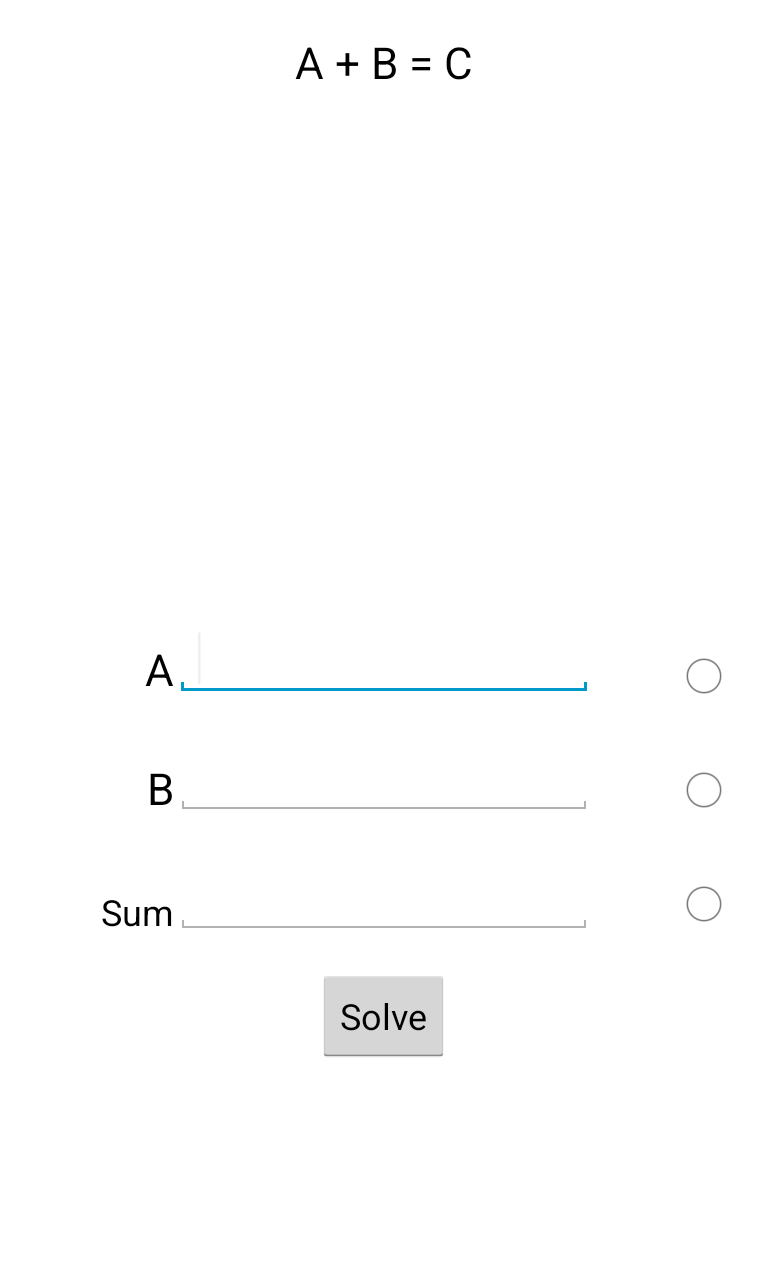
Repository: dtri123/Equation-Station
Layout: TheEquationStation/res/layout/addition_page.xml
These files come from the project's save history. The layout is drawn as it stood at one moment and after the next save; the edit follows.
It is drawn on a 768 x 1280 px phone screen (xhdpi) without system bars, with theme AppTheme; the app's code is not run.

Above is the layout before, as saved 2013-07-18 17:31:30.

### TheEquationStation/res/layout/addition_page.xml
<?xml version="1.0" encoding="utf-8"?>
<RelativeLayout xmlns:android="http://schemas.android.com/apk/res/android"
    xmlns:tools="http://schemas.android.com/tools"
    android:layout_width="match_parent"
    android:layout_height="match_parent"
    android:paddingBottom="@dimen/activity_vertical_margin"
    android:paddingLeft="@dimen/activity_horizontal_margin"
    android:paddingRight="@dimen/activity_horizontal_margin"
    android:paddingTop="@dimen/activity_vertical_margin"
    tools:context=".Addition_Page" >

     <Button
        android:id="@+id/add_button"
        android:layout_width="wrap_content"
        android:layout_height="wrap_content"
        android:layout_alignParentBottom="true"
        android:layout_centerHorizontal="true"
        android:layout_marginBottom="92dp"
        android:text="Solve" />

    <TextView
        android:id="@+id/textView1"
        android:layout_width="wrap_content"
        android:layout_height="wrap_content"
        android:layout_centerHorizontal="true"
        android:text="A + B = C"
        android:textAppearance="?android:attr/textAppearanceLarge" />

    <EditText
        android:id="@+id/editText_AddSum"
        android:layout_width="wrap_content"
        android:layout_height="wrap_content"
        android:layout_above="@+id/add_button"
        android:layout_marginBottom="16dp"
        android:layout_centerHorizontal="true"
        android:ems="10"
        android:inputType="numberDecimal" />

    <EditText
        android:id="@+id/editText_AddB"
        android:layout_width="wrap_content"
        android:layout_height="wrap_content"
        android:layout_above="@+id/editText_AddSum"
        android:layout_centerHorizontal="true"
        android:layout_marginBottom="20dp"
        android:ems="10"
        android:inputType="numberDecimal" />

    <TextView
        android:id="@+id/textView4"
        android:layout_width="wrap_content"
        android:layout_height="wrap_content"
        android:layout_alignBottom="@+id/editText_AddB"
        android:layout_toLeftOf="@+id/editText_AddB"
        android:text="B"
        android:textAppearance="?android:attr/textAppearanceLarge" />

    <TextView
        android:id="@+id/textView3"
        android:layout_width="wrap_content"
        android:layout_height="wrap_content"
        android:layout_alignBottom="@+id/editText_AddA"
        android:layout_toLeftOf="@+id/editText_AddA"
        android:text="A"
        android:textAppearance="?android:attr/textAppearanceLarge" />

    <TextView
        android:id="@+id/TextView01"
        android:layout_width="wrap_content"
        android:layout_height="wrap_content"
        android:layout_alignBottom="@+id/editText_AddSum"
        android:layout_toLeftOf="@+id/editText_AddSum"
        android:text="Sum"
        android:textAppearance="?android:attr/textAppearanceMedium" />

    <EditText
        android:id="@+id/editText_AddA"
        android:layout_width="wrap_content"
        android:layout_height="wrap_content"
        android:layout_above="@+id/editText_AddB"
		android:layout_centerHorizontal="true"
        android:layout_marginBottom="20dp"
        android:ems="10"
        android:inputType="numberDecimal" >

        <requestFocus />
    </EditText>

    <RadioGroup
        android:id="@+id/group1"
        android:layout_width="wrap_content"
        android:layout_height="wrap_content"
        android:layout_alignBottom="@+id/editText_AddSum"
        android:layout_alignParentRight="true"
        android:orientation="vertical" >

        <RadioButton
            android:id="@+id/radioButtonAddA"
            android:layout_width="wrap_content"
            android:layout_height="wrap_content" />

        <RadioButton
            android:id="@+id/radioButtonAddB"
            android:layout_width="wrap_content"
            android:layout_height="wrap_content"
            android:layout_marginTop="25dp" />

        <RadioButton
            android:id="@+id/radioButtonSum"
            android:layout_width="wrap_content"
            android:layout_height="wrap_content"
            android:layout_marginTop="25dp" />
    </RadioGroup>

</RelativeLayout>

Loaded but not shown: TheEquationStation/res/values/styles.xml (common file); TheEquationStation/res/values-v11/styles.xml (common file); TheEquationStation/res/values-v14/styles.xml (common file); TheEquationStation/res/values/dimens.xml (common file)

After the next save:
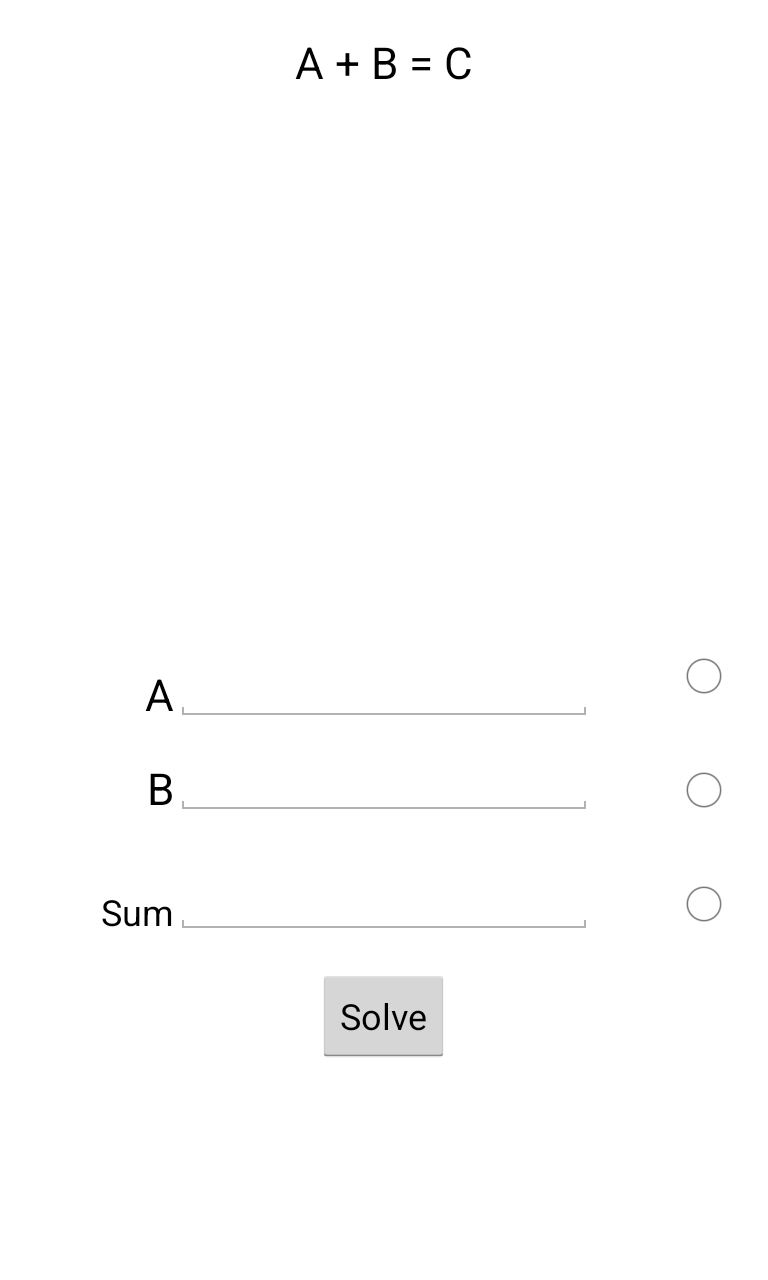
Saved 5 min 51 s later.
--- a/TheEquationStation/res/layout/addition_page.xml
+++ b/TheEquationStation/res/layout/addition_page.xml
@@ -73,19 +73,6 @@
         android:text="Sum"
         android:textAppearance="?android:attr/textAppearanceMedium" />
 
-    <EditText
-        android:id="@+id/editText_AddA"
-        android:layout_width="wrap_content"
-        android:layout_height="wrap_content"
-        android:layout_above="@+id/editText_AddB"
-		android:layout_centerHorizontal="true"
-        android:layout_marginBottom="20dp"
-        android:ems="10"
-        android:inputType="numberDecimal" >
-
-        <requestFocus />
-    </EditText>
-
     <RadioGroup
         android:id="@+id/group1"
         android:layout_width="wrap_content"
@@ -112,4 +99,13 @@
             android:layout_marginTop="25dp" />
     </RadioGroup>
 
+    <EditText
+        android:id="@+id/editText_AddA"
+        android:layout_width="wrap_content"
+        android:layout_height="wrap_content"
+        android:layout_alignLeft="@+id/editText_AddB"
+        android:layout_alignTop="@+id/group1"
+        android:ems="10"
+        android:inputType="numberDecimal" />
+
 </RelativeLayout>
